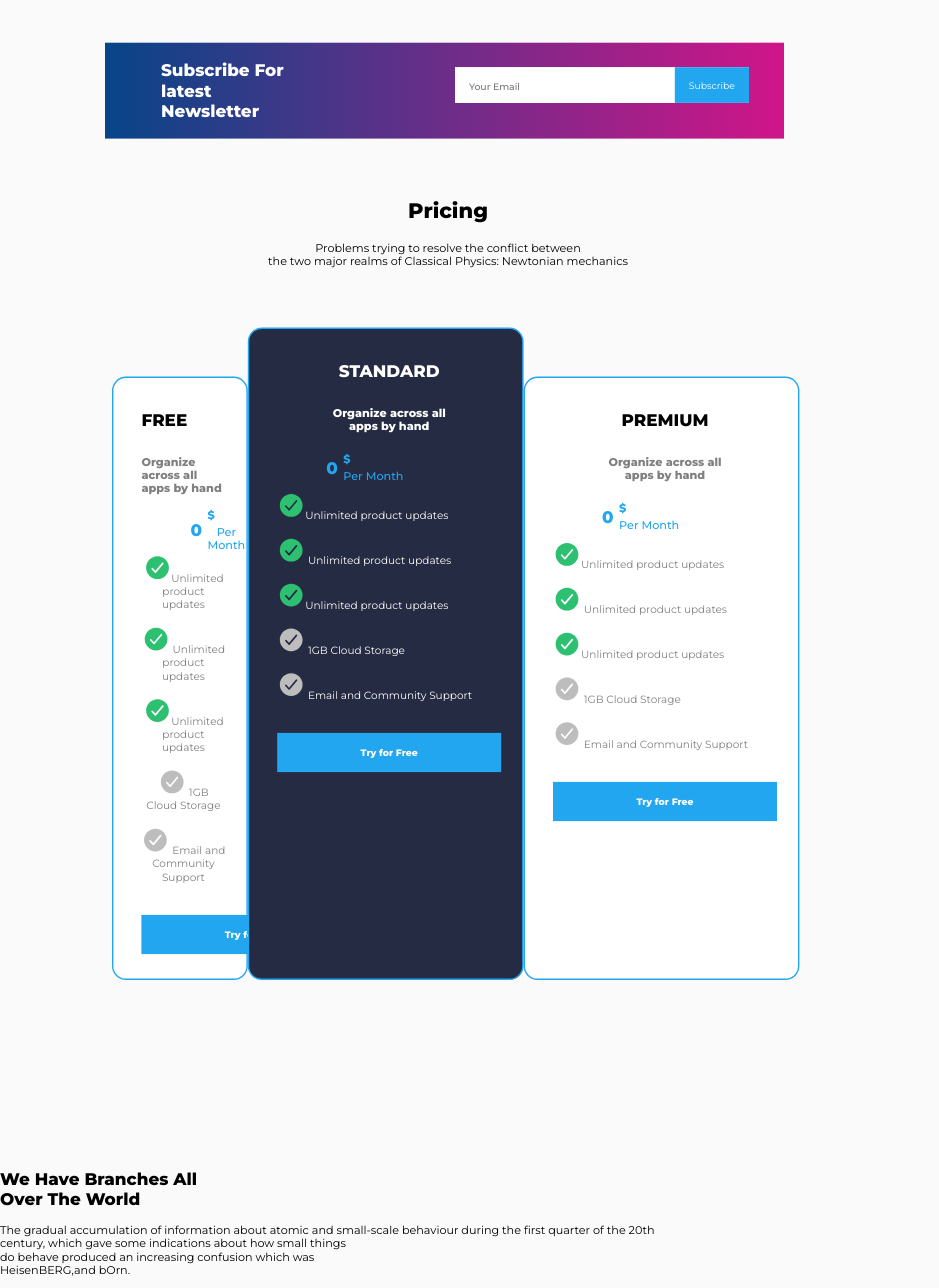
Repository: NANCY-HUB329/week-challenge
Page: index.html
These files come from the project's save history. The page is drawn as it stood at one moment and after the next save; the edit follows.
The browser window is 1280 px wide. The page is 1280 px wide, then 1342 px, so the pictures cover 1342 px, including what lies to the right of the window. The pictures show the part of the page from y = 1930 to 3770 px (the page is 3770 px tall before and 3580 px after), at 70% of full size.

Above is the page before, as saved 2023-11-24 01:32:27.

After the next save:
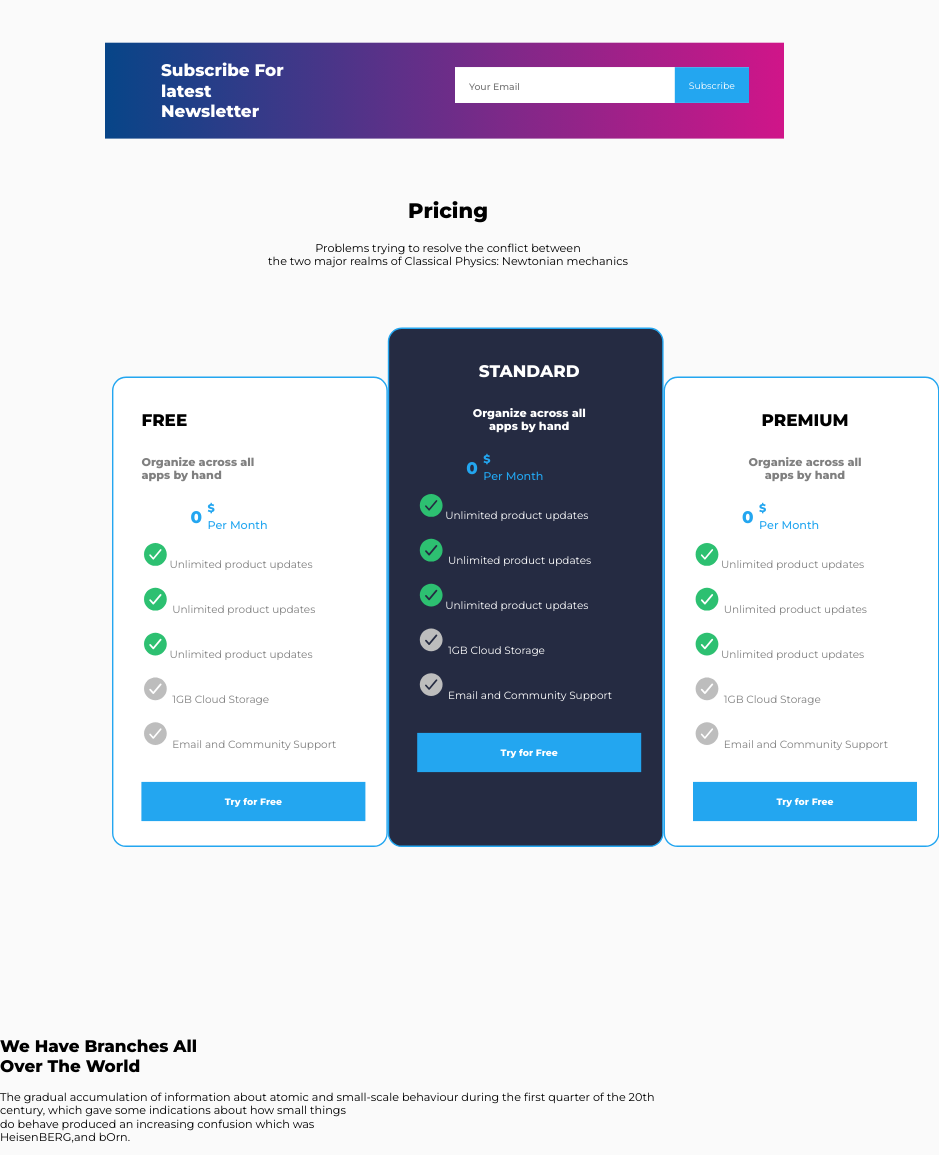
Saved 13 s later.
--- a/styles.css
+++ b/styles.css
@@ -265,7 +265,7 @@
   flex-direction: column;
   background-color: hsl(0deg 0% 100%);
   padding: 25px 30px 35px 40px;
-  width:120px;
+  width:320px;
   margin-right: 0;
   border-radius: 20px;
   border: 2px solid hsl(201.66deg 87.23% 53.92%);
